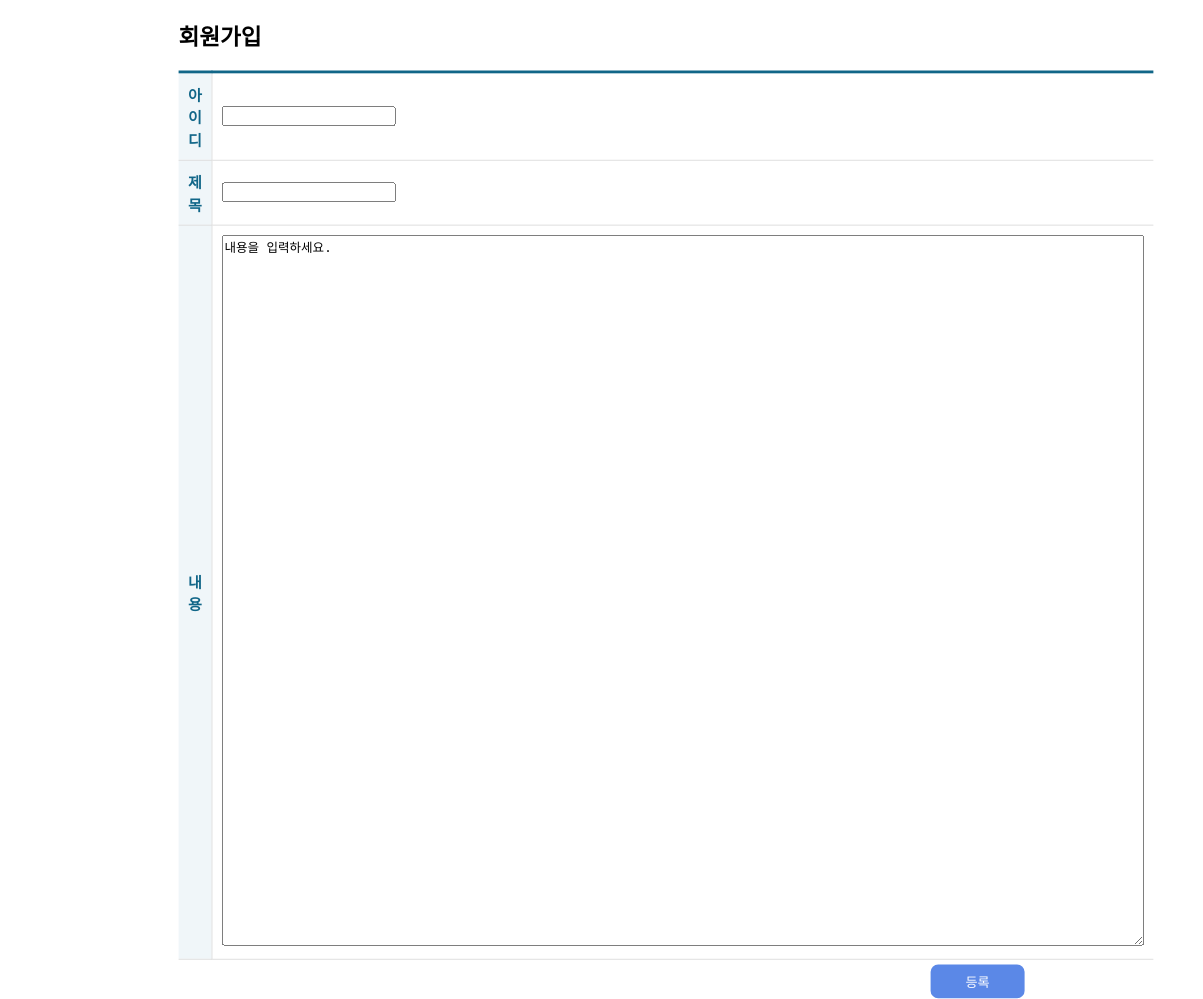
Repository: songhyeonjun/java
Page: http://localhost/group_project/create.jsp
These files come from the project's save history. The page is drawn as it stood at one moment and after the next save; the edit follows.
The browser window is 1280 px wide. The pictures show the whole page, at 94% of full size.
The page is served by Tomcat 9.

Above is the page before, as saved 2022-02-15 01:12:24.
Console error: SyntaxError: Unexpected token '}'

After the next save:
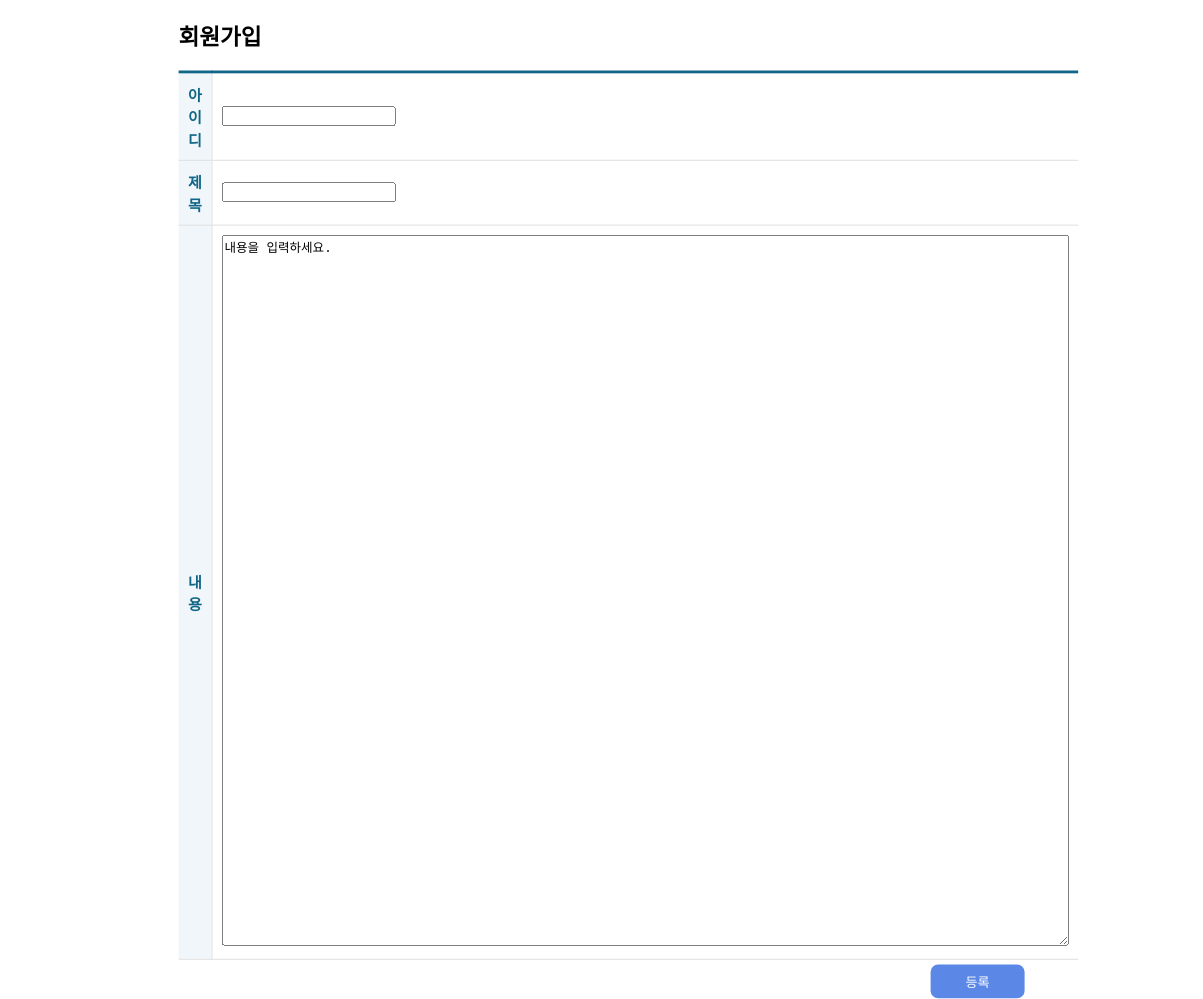
Saved 9 s later.
--- a/group_project/src/main/webapp/create.jsp
+++ b/group_project/src/main/webapp/create.jsp
@@ -99,7 +99,7 @@
 
 				<tr>
 				<th>내용</th>
-				<td><textarea name="context" id="context" rows="50" cols="120">내용을 입력하세요.</textarea></td>
+				<td><textarea name="context" id="context" rows="50" cols="110">내용을 입력하세요.</textarea></td>
 				</tr>
 
 
